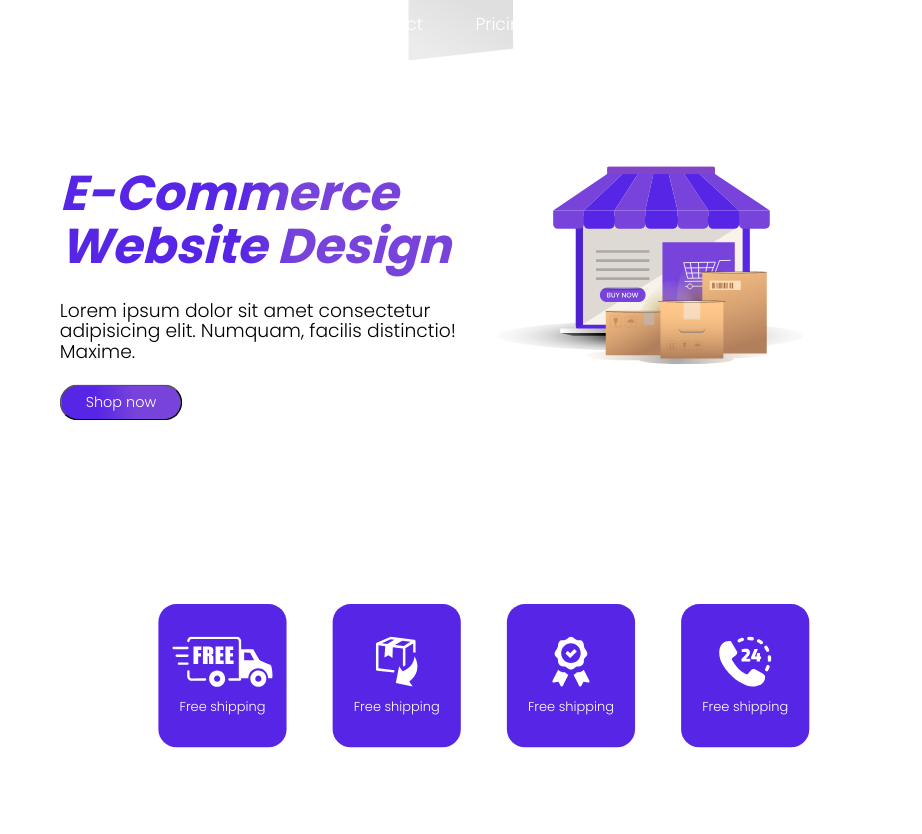
Repository: simralgasimov/newpage
Page: index.html
The author's editor kept a copy of each file at every save. The page is drawn from the files as they stood at one save, then again after the next save.
The browser window is 1280 px wide. The pictures show the whole page, at 72% of full size.
The style sheet was rebuilt from its Sass, Less or Tailwind sources for each picture, by a compiler version that may differ from the author's.

Above is the page before, as saved 2023-12-13 14:44:33.
Not found: index.js

After the next save:
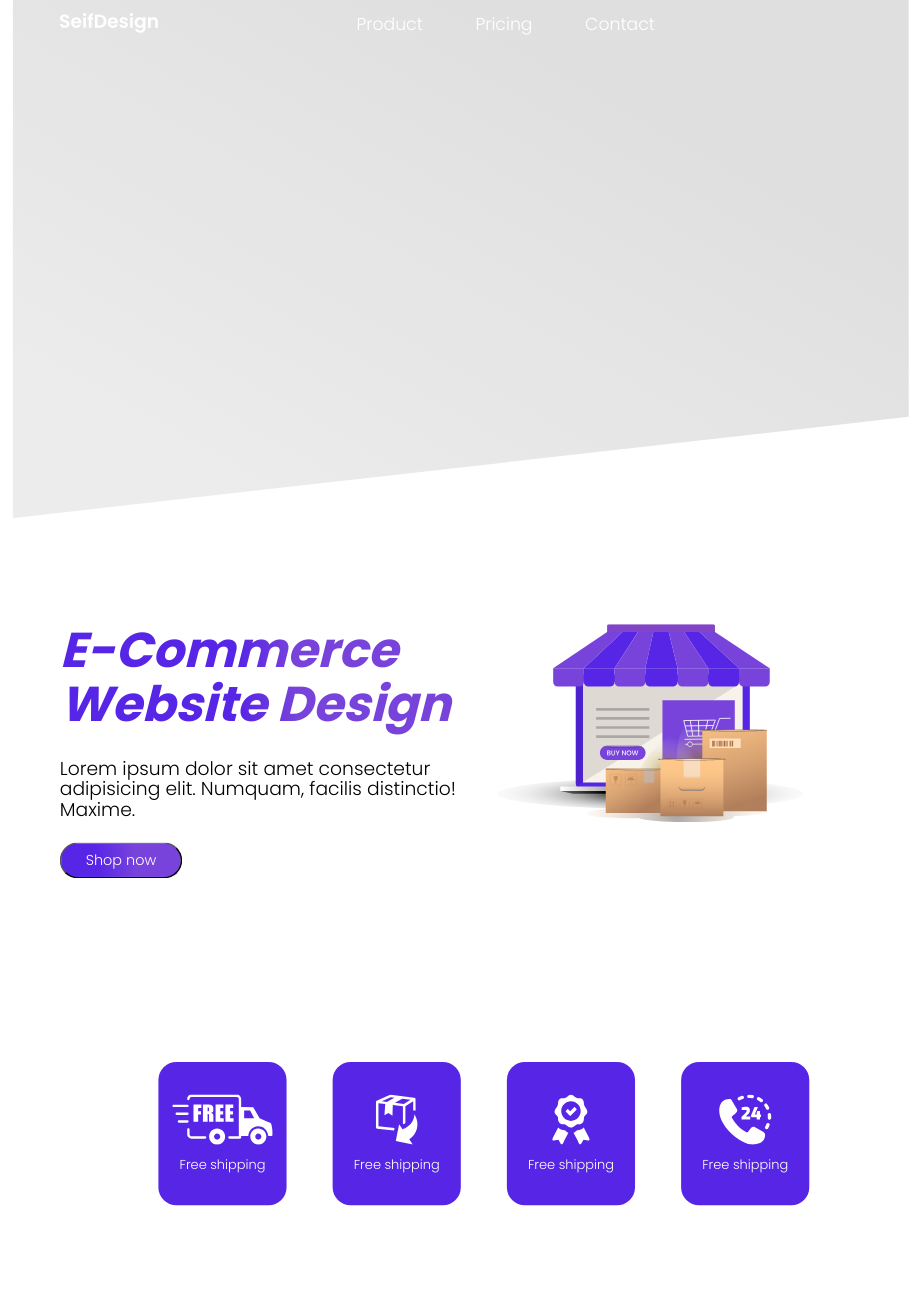
Saved 37 s later.
--- a/index.scss
+++ b/index.scss
@@ -9,6 +9,7 @@
     background-repeat: no-repeat;
       background-size: 100% 100%;
   padding: 16px 83px 33px 83px;
+  min-height: 100vh;
   /* background: linear-gradient(270deg, #7743db 31.64%, #5725e5 66.78%); */
   @media screen and (max-width: 1024px) {
     padding: 21px 21px;
